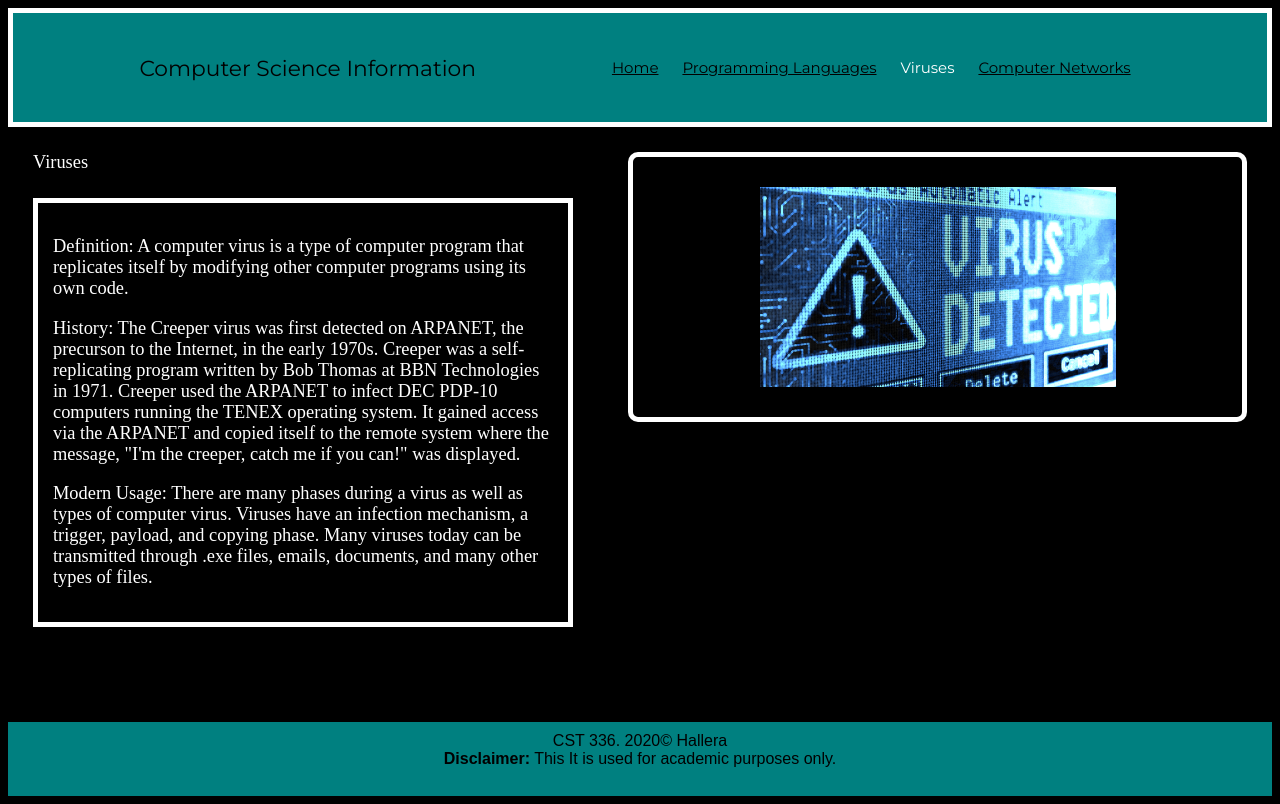
Repository: ElijahHallera/336-Internet-Prog
Page: cst336_spring2020Assignment1-master/cst336_spring2020Assignment1-master/HalleraAssignment1/environment/Viruses.html
The author's editor kept a record of every edit. The page is drawn from the files as they stood at one moment, then again after the next edit.
The browser window is 1280 px wide. The pictures show the whole page.

Above is the page before.

After the next edit:
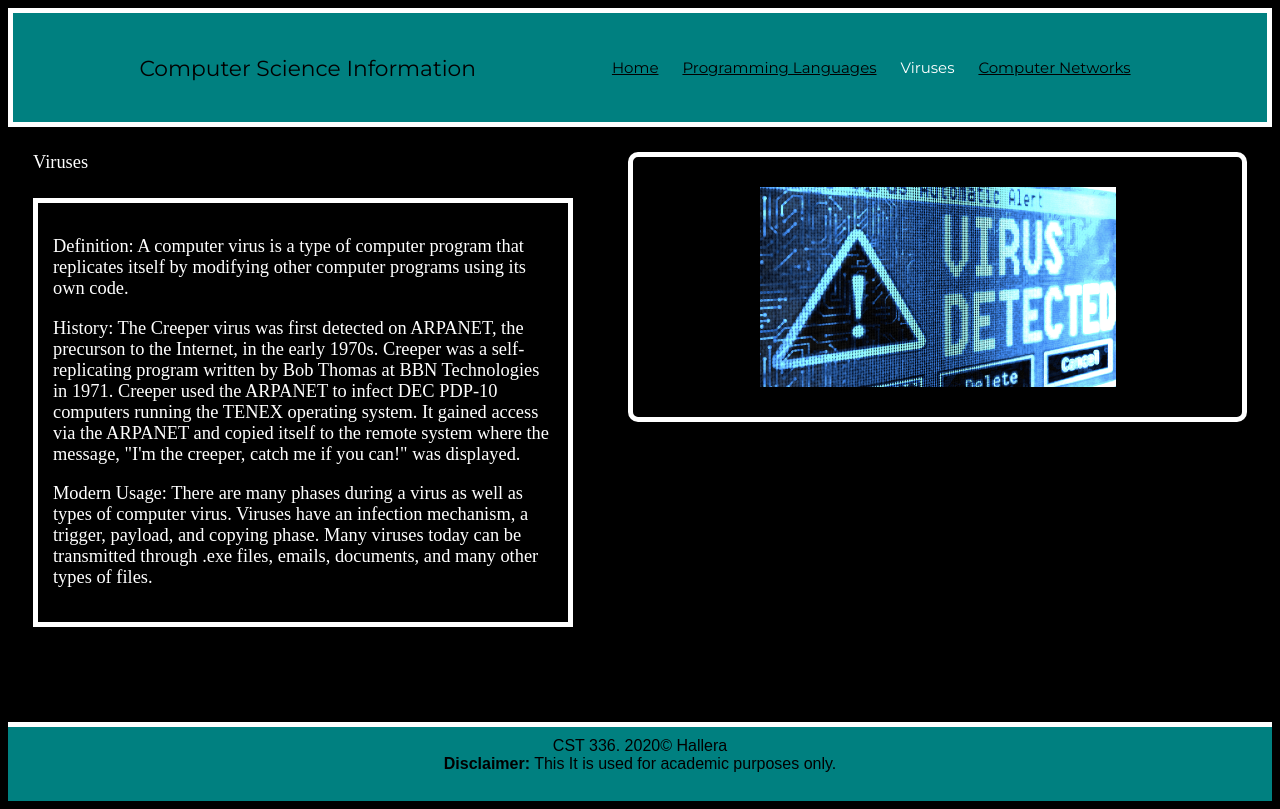
The edit:
--- a/cst336_spring2020Assignment1-master/cst336_spring2020Assignment1-master/HalleraAssignment1/environment/css/design.css
+++ b/cst336_spring2020Assignment1-master/cst336_spring2020Assignment1-master/HalleraAssignment1/environment/css/design.css
@@ -109,4 +109,5 @@
     text-align: center;
     font-family: 'Source Sans Pro', sans-serif;
     color: black;
+    border-top: 5px solid white;
 }
